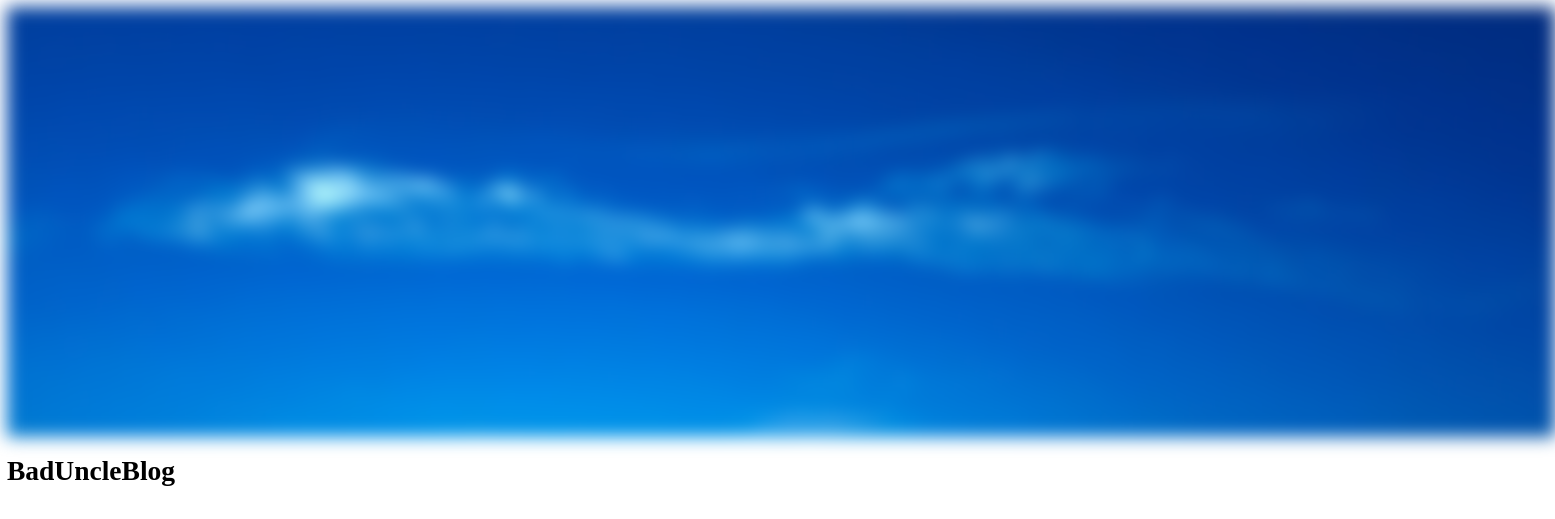
Repository: lidasi/monkeyLife
Page: http://localhost/monkeyLife/jsp/topbar.jsp
The author's editor kept a copy of each file at every save. The page is drawn from the files as they stood at one save, then again after the next save.
The browser window is 1280 px wide. The page is 1808 px wide, so the pictures cover 1808 px, including what lies to the right of the window. The pictures show the whole page, at 86% of full size.
The page is served by Tomcat 9.

Above is the page before, as saved 2017-07-13 06:26:10.

After the next save:
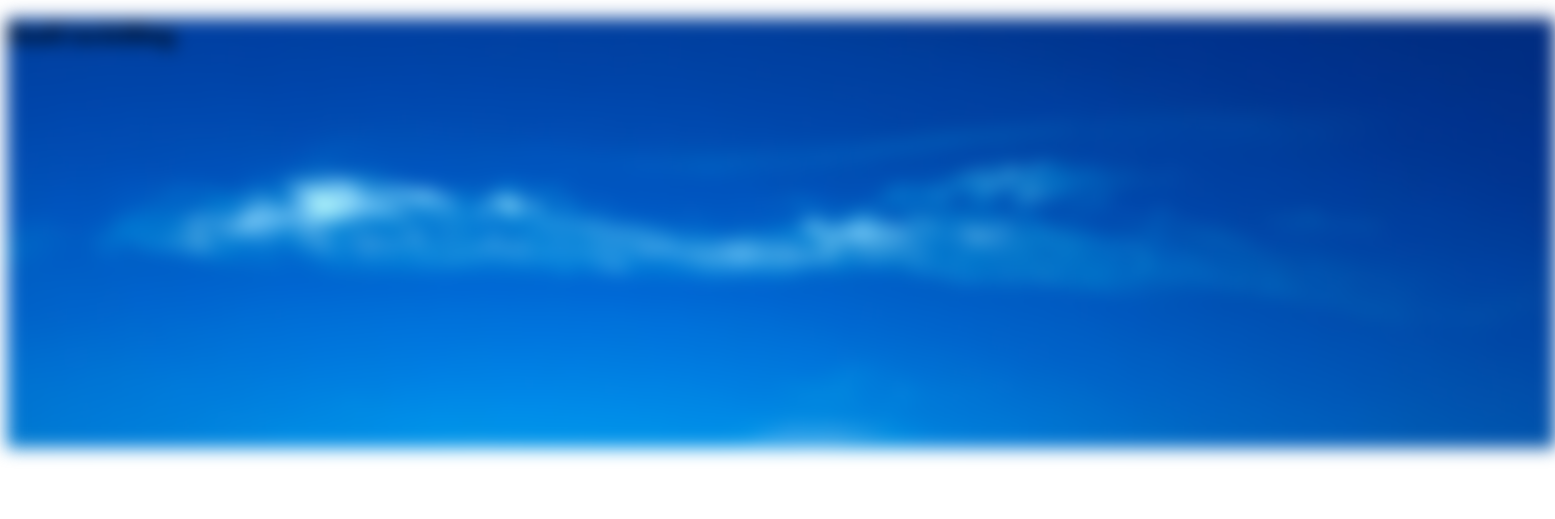
Saved 13 s later.
--- a/workSpeaces/monkeyLife/WebContent/jsp/topbar.jsp
+++ b/workSpeaces/monkeyLife/WebContent/jsp/topbar.jsp
@@ -17,7 +17,8 @@
 </head>
 <body>
 	<div id="backgroundImage">
+		<h1>BadUncleBlog</h1>
 	</div>
-	<h1>BadUncleBlog</h1>
+
 </body>
 </html>

After the save that followed:
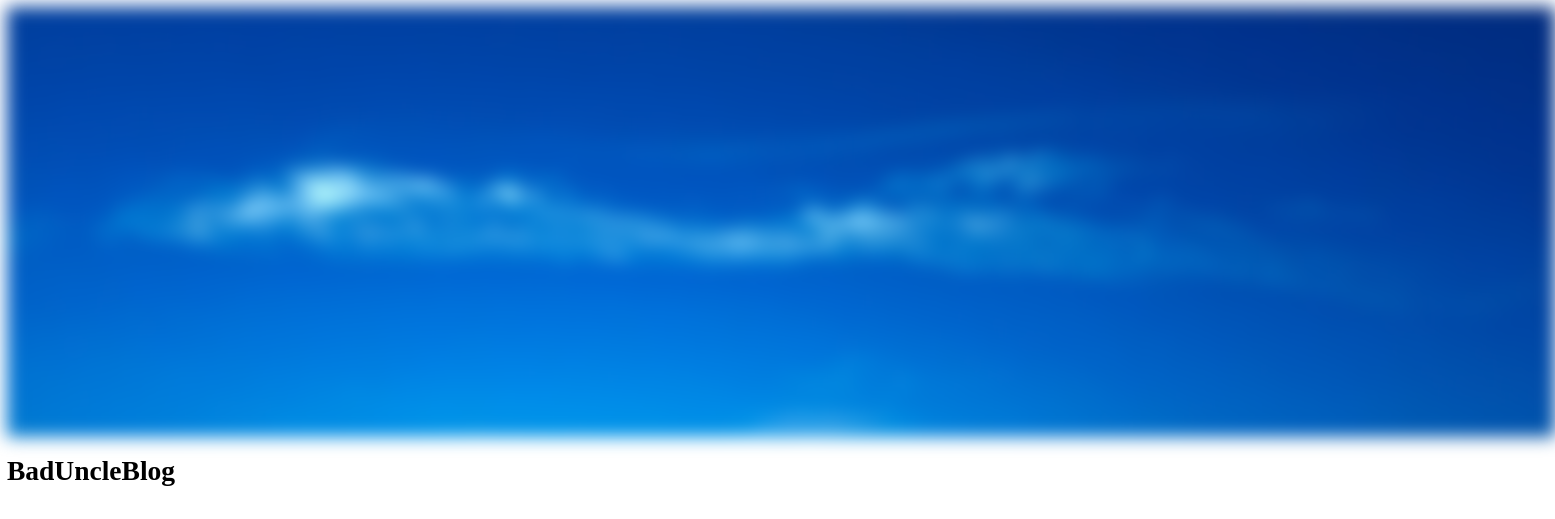
Saved 9 s later.
--- a/workSpeaces/monkeyLife/WebContent/jsp/topbar.jsp
+++ b/workSpeaces/monkeyLife/WebContent/jsp/topbar.jsp
@@ -17,8 +17,8 @@
 </head>
 <body>
 	<div id="backgroundImage">
-		<h1>BadUncleBlog</h1>
+
 	</div>
-
+	<h1>BadUncleBlog</h1>
 </body>
 </html>
